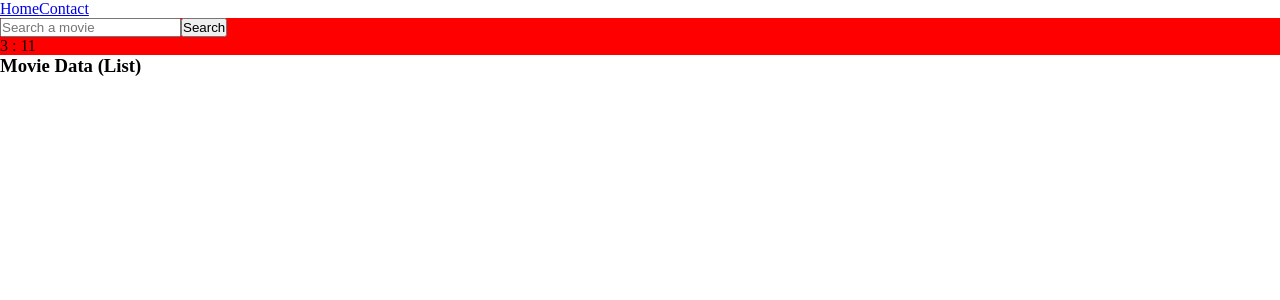
Repository: just-mann/itheater
Page: /
An editor plug-in stored every save of this project. The page is shown before and after the next save, followed by the edit.
The browser window is 1280 px wide. The pictures show the whole page.
The page's requests for data from a server got no answer. The project was rebuilt for these pictures with package versions that can differ from the ones it lists, and the page was loaded fresh each time. No one was signed in, and anything a server would have sent is missing. Also part of the build but not shown: src/components/Contact.js, src/components/MovieDetail.js.

Above is the page before, as saved 2021-07-16 03:27:00.

### public/index.html
<!DOCTYPE html>
<html lang="en">
  <head>
    <meta charset="utf-8" />
    <link rel="icon" href="%PUBLIC_URL%/favicon.ico" />
    <meta name="viewport" content="width=device-width, initial-scale=1" />
    <meta name="theme-color" content="#000000" />
    <meta
      name="description"
      content="Web site created using create-react-app"
    />
    <link rel="apple-touch-icon" href="%PUBLIC_URL%/logo192.png" />
    <!--
      manifest.json provides metadata used when your web app is installed on a
      user's mobile device or desktop. See https://developers.google.com/web/fundamentals/web-app-manifest/
    -->
    <link rel="manifest" href="%PUBLIC_URL%/manifest.json" />
    <!--
      Notice the use of %PUBLIC_URL% in the tags above.
      It will be replaced with the URL of the `public` folder during the build.
      Only files inside the `public` folder can be referenced from the HTML.

      Unlike "/favicon.ico" or "favicon.ico", "%PUBLIC_URL%/favicon.ico" will
      work correctly both with client-side routing and a non-root public URL.
      Learn how to configure a non-root public URL by running `npm run build`.
    -->
    <title>iTheater | Learn More About Your Favorite Movies / TV Shows</title>
  </head>
  <body>
    <noscript>You need to enable JavaScript to run this app.</noscript>
    <div id="root"></div>
    <!--
      This HTML file is a template.
      If you open it directly in the browser, you will see an empty page.

      You can add webfonts, meta tags, or analytics to this file.
      The build step will place the bundled scripts into the <body> tag.

      To begin the development, run `npm start` or `yarn start`.
      To create a production bundle, use `npm run build` or `yarn build`.
    -->
  </body>
</html>

### src/index.js
import React from 'react';
import ReactDOM from 'react-dom';
import './styles/style.css';
import App from './App';
import reportWebVitals from './reportWebVitals';

ReactDOM.render(
  <React.StrictMode>
    <App />
  </React.StrictMode>,
  document.getElementById('root')
);

// If you want to start measuring performance in your app, pass a function
// to log results (for example: reportWebVitals(console.log))
// or send to an analytics endpoint. Learn more: https://bit.ly/CRA-vitals
reportWebVitals();

### src/styles/style.css
* {
  padding: 0;
  margin: 0;
  box-sizing: border-box;
}

html {
  scroll-behavior: smooth;
}

.Header {
  background: red;
  width: 100%;
}/*# sourceMappingURL=style_20210716025908.css.map */

### src/App.js
import React from 'react';
import MovieContextProvider from './contexts/MovieContext';
import {BrowserRouter as Router, Switch, Route} from 'react-router-dom';
import Contact from './components/Contact';
import MovieDetail from './components/MovieDetail';
import ShowList from './components/ShowList';

const App = () => {
  return (
    <div className="App">
        <MovieContextProvider>
        <Router>
          <Switch>
            <Route exact path='/'>
              <ShowList />
            </Route>
            <Route exact path='/contact'>
              <Contact />
            </Route>
            <Route exact path='/:id'>
              <MovieDetail />
            </Route>
          </Switch>
        </Router>
        </MovieContextProvider>
    </div>
  );
}

export default App;

### src/contexts/MovieContext.js
import React, {useState, useEffect, createContext} from 'react';

export const movieContext = createContext();

const MovieContextProvider = (props) => {

    const [movie, setMovie] = useState('Smooth');

    // Data to be displayed...
    const [data, setData] = useState([])

    // Function to enter movie or show name
    const EnterShow = (show) => {
        setMovie(show);
    }

    useEffect(() => {
        fetch(`http://www.omdbapi.com/?s=${movie}&apikey=2c0bfe2d`)
            .then(res => res.json())
            .then(data => {
                setData(data.Search)
                console.log(data.Search)
            })
            .catch(err => console.log(err))
    }, [movie])

    return (
        <movieContext.Provider value={{movie, data, EnterShow}}>
            {data && props.children}
        </movieContext.Provider>
    )
}

export default MovieContextProvider;

### src/components/ShowList.js
import React, {useContext} from 'react';
import { movieContext } from '../contexts/MovieContext';
import Header from './Header';
import SideNav from './SideNav';


const ShowList = () => {

    const {data} = useContext(movieContext);

    // const [myData, setMyData] = useState({});

    return (
        <div className="ShowList">
            <SideNav />
            <div className="rightSide">
                <Header />
                <div>
                    <h3>Movie Data (List)</h3>
                    <div>
                        {data.map(myData => {
                            return(
                                <div key={myData.imdbID} className="showCard">
                                    <img src={myData.Poster} alt={myData.Title} />
                                    <div>
                                        <h3>{myData.Title}</h3>
                                    </div>
                                </div>
                            )
                        })}
                    </div>
                </div>
            </div>
        </div>
    )
}

export default ShowList;

### src/components/Header.js
import React from 'react';
// import {Link} from 'react-router-dom';
import Search from './Search';

const Header = () => {
    return (
        <div className="Header">
            <Search />
            <div className="currTime">3 : 11</div>
        </div>
    )
}

export default Header;

### src/components/SideNav.js
import React from 'react';
import {Link} from 'react-router-dom';

const SideNav = () => {
    return (
        <div className="SideNav">
            <div className="links">
                <Link to='/'>Home</Link>
                <Link to="/contact">Contact</Link>
            </div>
        </div>
    )
}

export default SideNav;

### src/components/Search.js
import React, {useState, useContext} from 'react';
import { useHistory } from 'react-router';
import {movieContext} from '../contexts/MovieContext';

const Search = () => {

    const history = useHistory();

    const {EnterShow} = useContext(movieContext)

    const [newSearch, setNewSearch] = useState('');

    const handleChange = (e) => {
        setNewSearch(e.target.value);
    }

    // const reDirect = () => {
    //     let path = '/';
    //     let history = useHistory();
    //     history.push(path);
    // }

    const handleSubmit = (e) => {
        e.preventDefault();
        EnterShow(newSearch);
        setNewSearch('');
        history.push('/')
    }

    return (
        <div className="Search">
            <form onSubmit={handleSubmit}>
                <input type='search' value={newSearch} placeholder='Search a movie' onChange={handleChange}/>
                <button>Search</button>
            </form>
        </div>
    )
}

export default Search;

Loaded but not shown: src/reportWebVitals.js (common file)

After the next save:
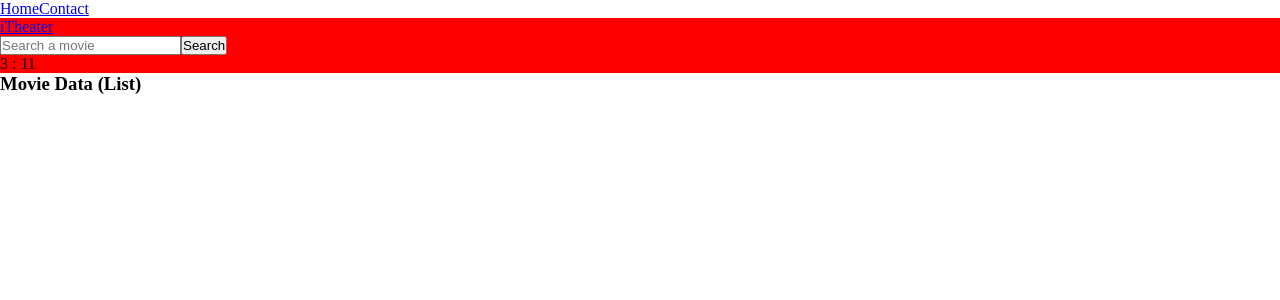
Saved 11 s later.
--- a/src/components/Header.js
+++ b/src/components/Header.js
@@ -1,10 +1,11 @@
 import React from 'react';
-// import {Link} from 'react-router-dom';
+import {Link} from 'react-router-dom';
 import Search from './Search';
 
 const Header = () => {
     return (
         <div className="Header">
+            <Link className="my_Logo" to='/'>iTheater</Link>
             <Search />
             <div className="currTime">3 : 11</div>
         </div>
